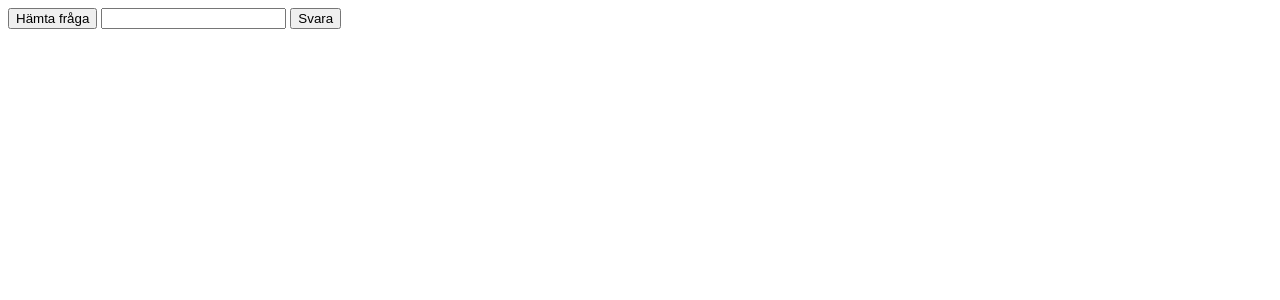
Repository: kh222mj/1dv403-laborationer
Page: 4-thequiz/index.html
The author's editor kept a record of every edit. The page is drawn from the files as they stood at one moment, then again after the next edit.
The browser window is 1280 px wide. The pictures show the whole page.
The page's requests for data from a server got no answer.

Above is the page before.

After the next edit:
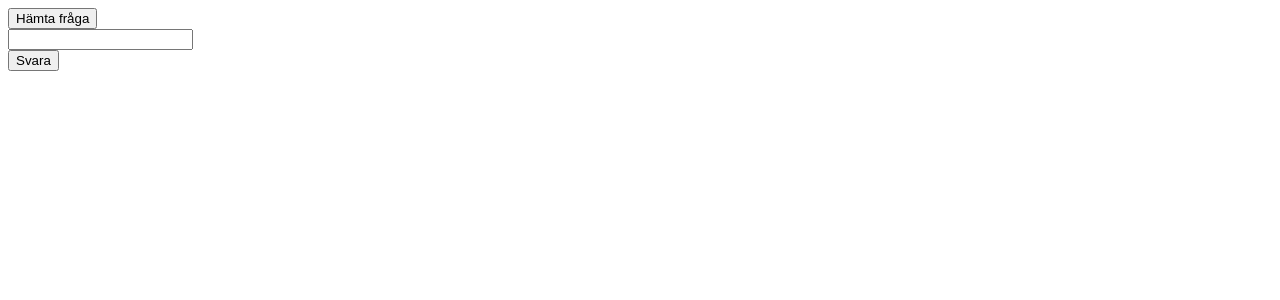
The edit:
--- a/4-thequiz/index.html
+++ b/4-thequiz/index.html
@@ -6,9 +6,10 @@
     </head>
     <body>
         <input type="button" id="get" value="Hämta fråga">
+        <br>
         <input type="text" id="svaret">
+        <br/>
         <input type="button" id="send" value="Svara">
-
         <script type="text/javascript" src="js/script.js"></script>
     </body>
 </html>
